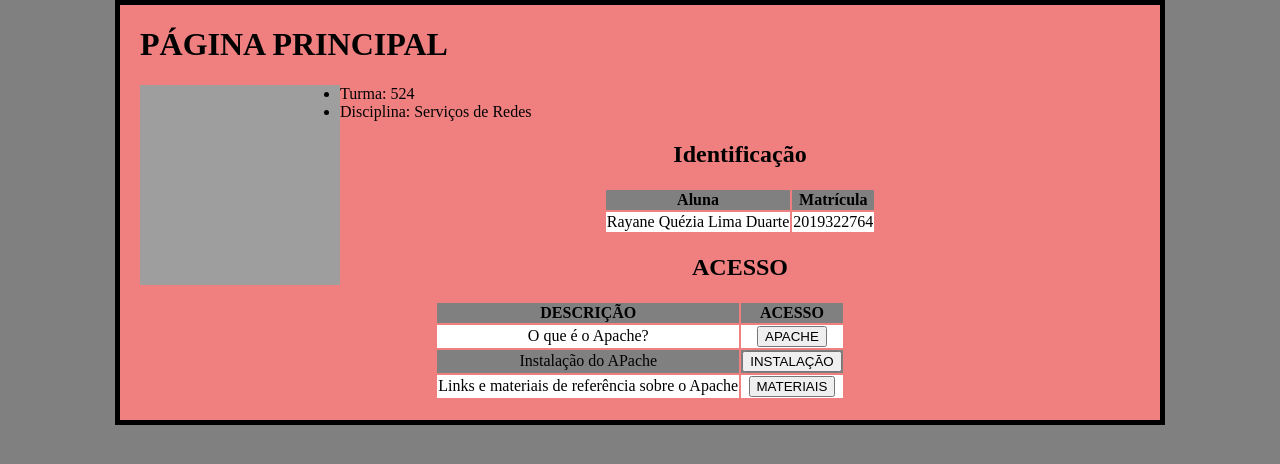
Repository: rayquezia03/atv_redes
Page: index.html
An editor plug-in stored every save of this project. The page is shown before and after the next save, followed by the edit.
The browser window is 1280 px wide. The pictures show the whole page.
Pictures or frames that could not be fetched are drawn as grey boxes.

Above is the page before, as saved 2022-12-17 22:26:43.

### index.html
<!--
-------Exercício --------
Disciplina: Serviços de Redes
Aluna: Rayane Quézia (2019322764)
-->
<!DOCTYPE html>
	<html lang="pt-br">
		<head>
			<meta charset="utf-8">
				<title> ResL2 </title>
				<link rel = "Stylesheet" type="text/css" href="css/index.css">
		</head>
				<body>
					<main>
					<h1> PÁGINA PRINCIPAL </h1>
					<header>
						<div class="logo">
							<img src="https://www2.ifal.edu.br/campus/palmeira/comunicacao/arquivos/logos-do-ifal-vertical.png/@@images/ac3e97aa-6806-4523-bc47-7bf3c0950b0f.png" title="Logo IFAL" alt="Logo IFAL">
						</div>
						</main>
						<div class="Lista">
							<ul>
									<li>Turma: 524</li>
									<li>Disciplina: Serviços de Redes</li>
								</ul>
						</div>

					</header>
					<h2> Identificação </h2>
						<table>
							  <tr>
								<th> Aluna </th>
								<th> Matrícula </th>
							  <tr>
								<td> Rayane Quézia Lima Duarte </td>
								<td>2019322764</td>
						</table>
						<h2> ACESSO </h2>
					<table>
						<tr>
							<th> DESCRIÇÃO </th>
							<th> ACESSO </th>
						</tr>
						<tr>
							<td> O que é o Apache? </td>
							<td><a href="apache.html"><button type="button" >APACHE</button></a></td>
						</tr>
                        <tr>
							<td> Instalação do APache </td>
							<td><a href="instalacao.html"><button type="button" >INSTALAÇÃO</button></a></td>
						</tr>
                        <tr>
							<td> Links e materiais de referência sobre o Apache</td>
							<td><a href="materiais.html"><button type="button" >MATERIAIS</button></a></td>
						</tr>
					</table>
				</body>
	</html>

### css/index.css
img {
	width: 200px;
  height: 200px;
  display: table-cell;
  float: left;
}

table tr:nth-child(odd) {
	background-color: gray;
}
table tr:nth-child(even) {
background-color: white;
}
html {
	background-color:  #808080;
}
body {
width: 1000px;
margin: auto;
background-color: #F08080;
padding: 0 20px 20px 20px;
border: 5px solid black;
}
h2{
	text-align: center;

}
table {
margin: auto;
text-align: center;
width: 200 px;
height: 200 px;
}

After the next save:
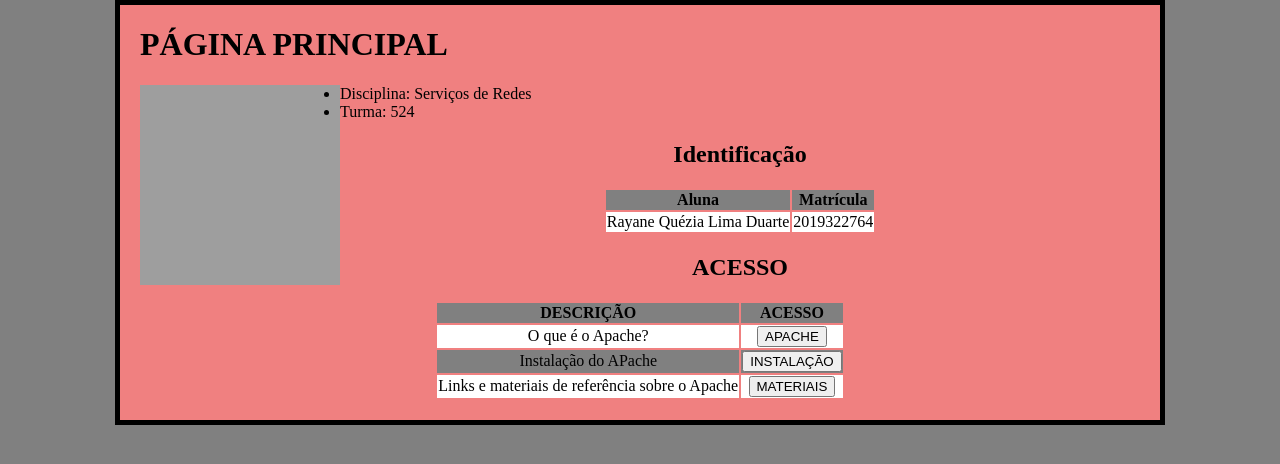
Saved 34 s later.
--- a/index.html
+++ b/index.html
@@ -20,9 +20,9 @@ Aluna: Rayane Quézia (2019322764)
 						</main>
 						<div class="Lista">
 							<ul>
-									<li>Turma: 524</li>
-									<li>Disciplina: Serviços de Redes</li>
-								</ul>
+                                <li>Disciplina: Serviços de Redes</li>
+                                <li>Turma: 524</li>
+                            </ul>
 						</div>
 
 					</header>
